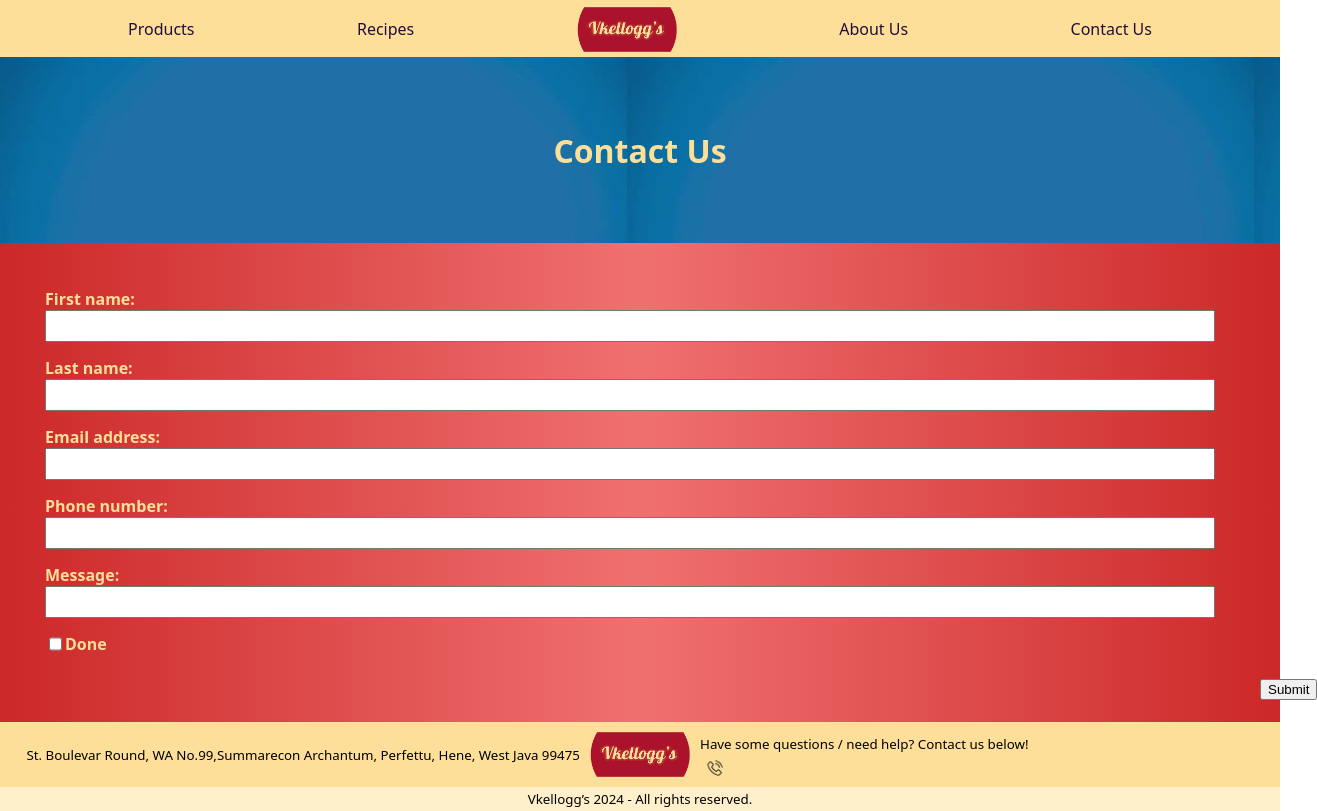
Repository: sugralld/VKelloggs
Page: Code and Assets/html/contactus.html
The author's editor kept a copy of each file at every save. The page is drawn from the files as they stood at one save, then again after a run of saves.
The browser window is 1280 px wide. The page is 1317 px wide, then 1280 px, so the pictures cover 1317 px, including what lies to the right of the window. The pictures show the whole page.

Above is the page before, as saved 2024-12-04 06:30:16.

### Code and Assets/html/contactus.html
<!DOCTYPE html>
<html lang="en">
<head>
    <meta charset="UTF-8">
    <meta name="viewport" content="width=device-width, initial-scale=1.0">
    <title>Contact Us | Vkellogg's</title>
    <link rel="stylesheet" href="../css/headerfooternavbar.css">
    <link rel="stylesheet" href="../css/contactus.css">
</head>
<body>
    <!-- header navigation -->
    <header>
        <nav>
            <div class="navbar-menu">
                <div><a class="navbar-link1" href="../html/products.html">Products</a></div>
                <div><a class="navbar-link2" href="../html/recipes.html">Recipes</a></div>
                <div class="navbar-link3"><a href="../html/homepage.html"><img src="../asset/Screenshot 2024-05-30 105858.png" width="100" height="45" alt=""></a></div>
                <div><a class="navbar-link4" href="../html/aboutus.html">About Us</a></div>
                <div><a class="navbar-link5" href="../html/contactus.html">Contact Us</a></div>
            </div>
        </nav>
    </header>

    <!-- Header Contact Us -->
    <div class="header">
        <h1>Contact Us</h1>
    </div>

    <!-- Form Contact Us -->
     <div class="form">
        <form action="" method = "post">
            <div class="formformat">
                <label for="firstname">First name: </label>
                <input type="text" name="firstname" id="firstname">
                <br>

                <label for="lastname">Last name: </label>
                <input type="text" name="lastname" id="lastname">
                <br>

                <label for="email">Email address: </label>
                <input type="text" name="email" id="email">
                <br>

                <label for="phonenum">Phone number: </label>
                <input type="text" name="phonenum" id="phonenum">
                <br>

                <label for="message">Message: </label>
                <input type="text" name="message" id="message">
                <br>

            </div>
            <div class="checkbox-container">
                <input type="checkbox" name="agreement" id="agreement">
                <label for="agreement">Done</label>
            </div>
            <br>
            <div class="button-container">
                <button type="button" onclick="validateData()">Submit</button>
            </div>
        </form>
        <script src="../js/contactus.js"></script>
     </div>

     <!-- Footer -->
    <footer class="footer">
        <div class="upperfooter">
            <div class="footert1"><p>St. Boulevar Round, WA No.99,Summarecon Archantum, Perfettu, Hene, West Java 99475</p></div>
            <div class="footert2"><img src="../asset/Screenshot 2024-05-30 105858.png" width="100" height="45" alt=""></div>
            <div class="footert3">
                <p class="footert4">Have some questions / need help? Contact us below!</p>
                <a href="../html/contactus.html"><img src="../asset/image-removebg-preview (27).png" width="30" height="auto" alt=""></a>
            </div>
        </div>
        <div class="lowerfooter">
            <p class="textlowerfooter">Vkellogg’s 2024  -  All rights reserved.
            </p>
        </div>
     </footer>

</body>
</html>

### Code and Assets/css/headerfooternavbar.css
body {
    margin: 0;
    font-family: system-ui;
}

.navbar-menu{
    display: flex;
    justify-content: space-between;
    align-items: center;
    padding: 0px 10%;
    background-color: #FEDF99;
}

a:hover{
    background-color: #F5F5F5;
    border-radius: 30px;
    color: #CC2828;
}

.navbar-link1,.navbar-link2,.navbar-link4,.navbar-link5{
    font-family: system-ui;
    font-weight: 500;
    text-decoration: none;
    color: #230D3B;
}

.navbar-link3{
    display: block;
    margin-top: 0.7%;
    margin-bottom: 0px;
}

.footer{
    position: bot;
}

.upperfooter{
    display: flex;
    background-color: #FEDF99;
    justify-content: center;
    align-items: center;
}

.footert1,.footert3{
    padding: 0px 10px;
    display: block;
    width: 1200px;
    font-size: smaller;
}

.footert1{
    text-align: right;
}

.footert3{
    text-align: left;
}

.footert2{
    margin-top: 4px;
}

.lowerfooter{
    background-color: #FFEFCB;
    padding: 0;
    margin: 0px;
}

.textlowerfooter{
    margin: 0;
    padding: 3px;
    font-size: smaller;
    text-align: center;
}

.footert4{
    margin-bottom: 0;
}

### Code and Assets/css/contactus.css
.header{
    background-image: url(../asset/copydesktop-wallpaper-kellogg-s-frosted-flakes-breakfast-cereal-original-33-5-oz-box.jpg);
    display: block;
    padding: 50px;
    text-align: center;
    color: #FEDF99;
}

.form{
    margin: 0 auto;
    background: linear-gradient(0.25turn,#CC2828,#F07070,#CC2828);
    padding: 45px;
    font-weight: bold;
    color: #FEDF99;
}

.formformat label{
    display: block;
}

.formformat input[type="text"]{
    width: calc(100% - 20px);
    max-width: 100%;
    margin: 0 auto 15px;
    padding: 5px;
    box-sizing: border-box;
    font-family: Arial, sans-serif;
    font-size: 16px;
}

.checkbox-container{
    display: flex;
}

.button-container{
   padding: 0;
   text-align: centers;
   position: absolute;
   left: calc(100% - 20px);
 }

.button-container button{
   display: inline-block;
}

### Code and Assets/js/contactus.js
function wordLen(str) {
    const value = str.trim().split(/\s+/);
    return value.length;
}

function checkAlphaNum(password){
    var isAlpha = false;
    var isNum = false;
    for(let i=0; i<password.length; i++){
        if(isNaN(password[i])){
            isAlpha = true;
        }
        else{
            isNum = true;
        }

        if(isAlpha || isNum){
            return true;
        }
    }
    return false;
}


function validateData(){
    var firstname = document.getElementById("firstname");
    var lastname = document.getElementById("lastname");
    var email = document.getElementById("email");
    var phonenum = document.getElementById("phonenum");
    var message = document.getElementById("message");
    var agreement = document.getElementById("agreement");

    if(!checkAlphaNum(firstname.value)){
        alert("First name must be alphabet!");
    }
    else if(!checkAlphaNum(lastname.value)){
        alert("Last name must be alphabet!");
    }
    else if(!email.value.endsWith("@gmail.com")){
        alert("Email must end with '@gmail.com'!");
    }
    else if(!checkAlphaNum(phonenum.value)){
        alert("Phone number must be numeric!");
    }
    else if(wordLen(message.value)<5){
        alert("Message must be at least 5 words!");
    }
    else if(!agreement.checked){
        alert("'Done' checkbox must be checked!");
    }
    else{
        alert("Message Submitted.");
    }

}

After the next 3 saves:
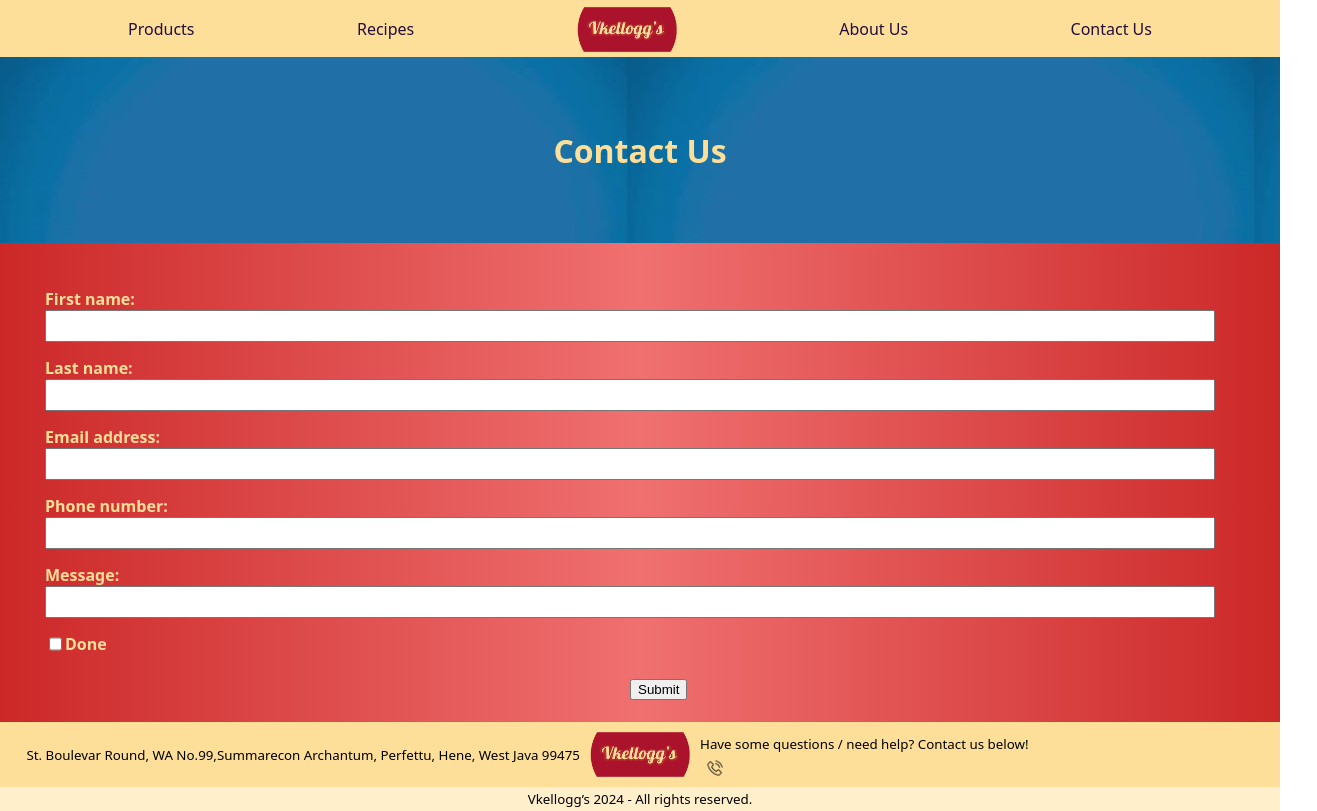
The 3 saves are shown as one change because they came seconds apart.
The last was saved 12 s later.
--- a/Code and Assets/css/contactus.css
+++ b/Code and Assets/css/contactus.css
@@ -36,7 +36,7 @@
    padding: 0;
    text-align: centers;
    position: absolute;
-   left: calc(100% - 20px);
+   left: calc((100% - 20px)/2);
  }
 
 .button-container button{
